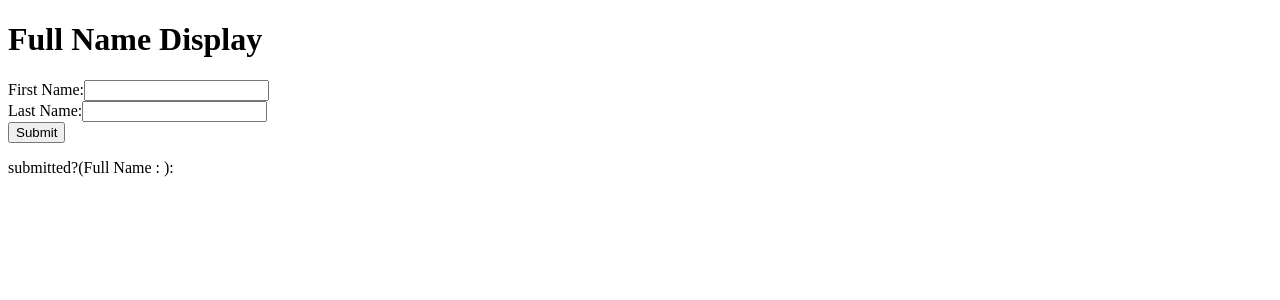
Repository: rajratangm/NameForm
Page: /
The author's editor kept a copy of each file at every save. The page is drawn from the files as they stood at one save, then again after the next save.
The browser window is 1280 px wide. The pictures show the whole page.
The project was rebuilt for these pictures with package versions that can differ from the ones it lists, and the page was loaded fresh each time. Also part of the build but not shown: vite.config.js.

Above is the page before, as saved 2024-04-02 17:05:47.

### src/App.jsx
import { useState } from 'react'
// import './App.css'

function App() {
  const [firstName, setFirstName]= useState('')
  const [lastName, setLastName]= useState('')
  const [submitted, setSubmitted] = useState(false)
  const handleSubmit=()=>{
    preventDefault()
    setSubmitted(true)
  }

  const handleFirstName=()=>{
    setFirstName(firstName)
  }

  const handleLaststName=()=>{
    setLastName(lastName)
  }




  return (
    <>
    <h1>Full Name Display</h1>
    <form onSubmit={handleSubmit}>
      <div>
        <label>First Name:</label>
        <input type='text' value={firstName} onChange={handleFirstName} required/>
      </div>
      <div>
        <label>Last Name:</label>
        <input type='text' value={lastName} onChange={handleLaststName} required/>
      </div>
      <button>Submit</button>

    </form>

    <p>submitted?(Full Name :{firstName} {lastName}): </p>


    </>
  )
}

export default App

Loaded but not shown: index.html (common file); src/main.jsx (common file)

After the next save:
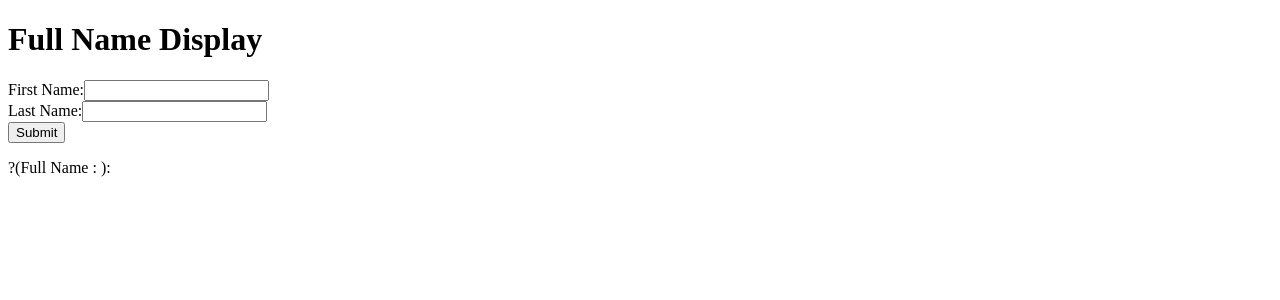
Saved 4 s later.
--- a/src/App.jsx
+++ b/src/App.jsx
@@ -37,7 +37,7 @@ function App() {
 
     </form>
 
-    <p>submitted?(Full Name :{firstName} {lastName}): </p>
+    <p>{submitted}?(Full Name :{firstName} {lastName}): </p>
 
 
     </>
